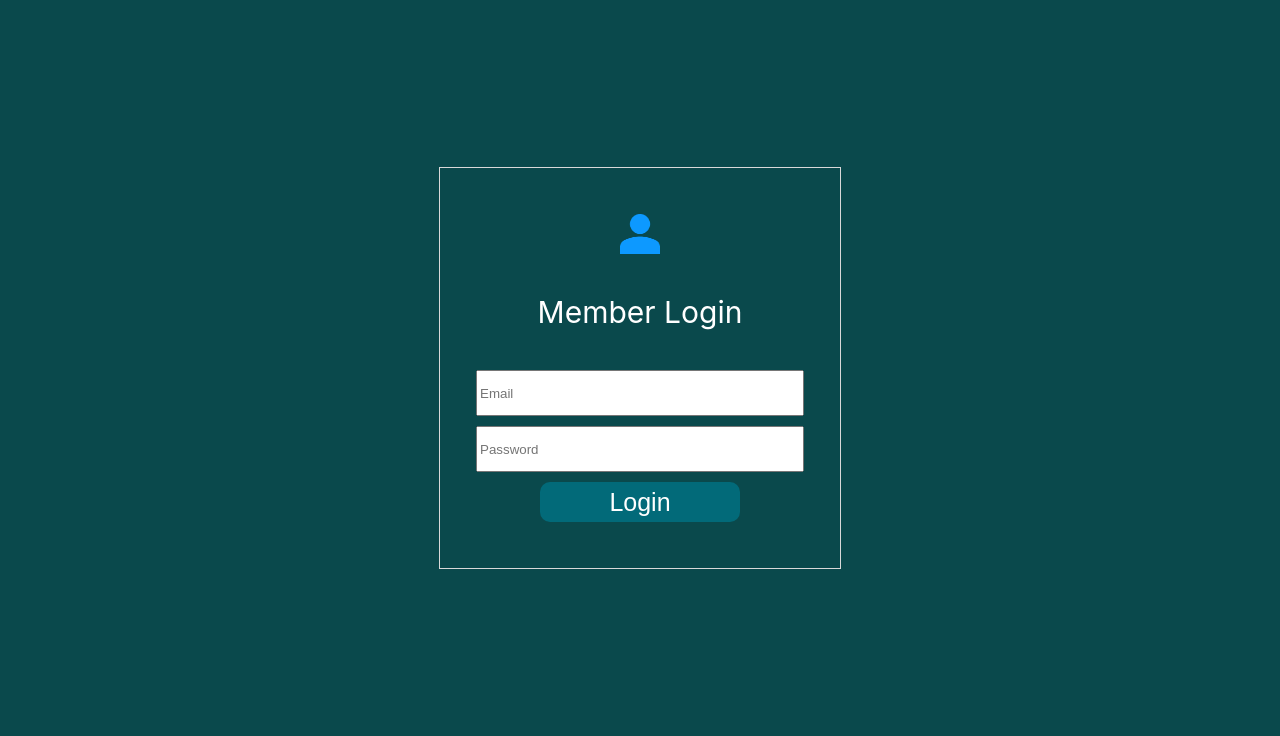
Repository: sheddy1/peter1
Page: work2.html
An editor plug-in stored every save of this project. The page is shown before and after the next save, followed by the edit.
The browser window is 1280 px wide. The pictures show the whole page.

Above is the page before, as saved 2025-11-08 15:52:57.

### work2.html
<!DOCTYPE html>
<html lang="en">
<head>
    <meta charset="UTF-8">
    <meta name="viewport" content="width=device-width, initial-scale=1.0">
    <title>peters work1</title>
    <link rel="stylesheet" href="work2.css">
    <style>

    </style>
</head>
<body>
    <div class="login-box">
        <img src="Vector.png" alt="" class="vector">

        <p class="mem">Member Login</p>

        <input type="text" class="text1" placeholder="Email">

        <input type="password" class="text1" placeholder="Password">

        <button class="btn1">Login</button>
    </div>
</body>
</html>

### work2.css
body {
    background-color: #0A494C;
    display: flex;
    justify-content: center;
    align-items: center;
    min-height: 100vh;
    font-family: inter;
}

.login-box {
    border: 1px solid #D9D9D9;
    width: 400px;
    height: 400px;
    display: flex;
    justify-content: center;
    align-items: center;
    flex-direction: column;
    gap: 10px;
}

.vector{
    height: 40px;
    width: 40px;
}

.mem{
    color: #FFFFFF;
    font-family: inter;
    font-size: 30px;
    ;
}

.text1{
    width: 80%;
    height: 40px;
    color: #1E1E1E;
}

.btn1{
    background-color: #026A79;
    border: none;
    width: 50%;
    height: 40px;
    color: #FFFFFF;
    border-radius: 10px;
    font-size: 25px;
}

After the next save:
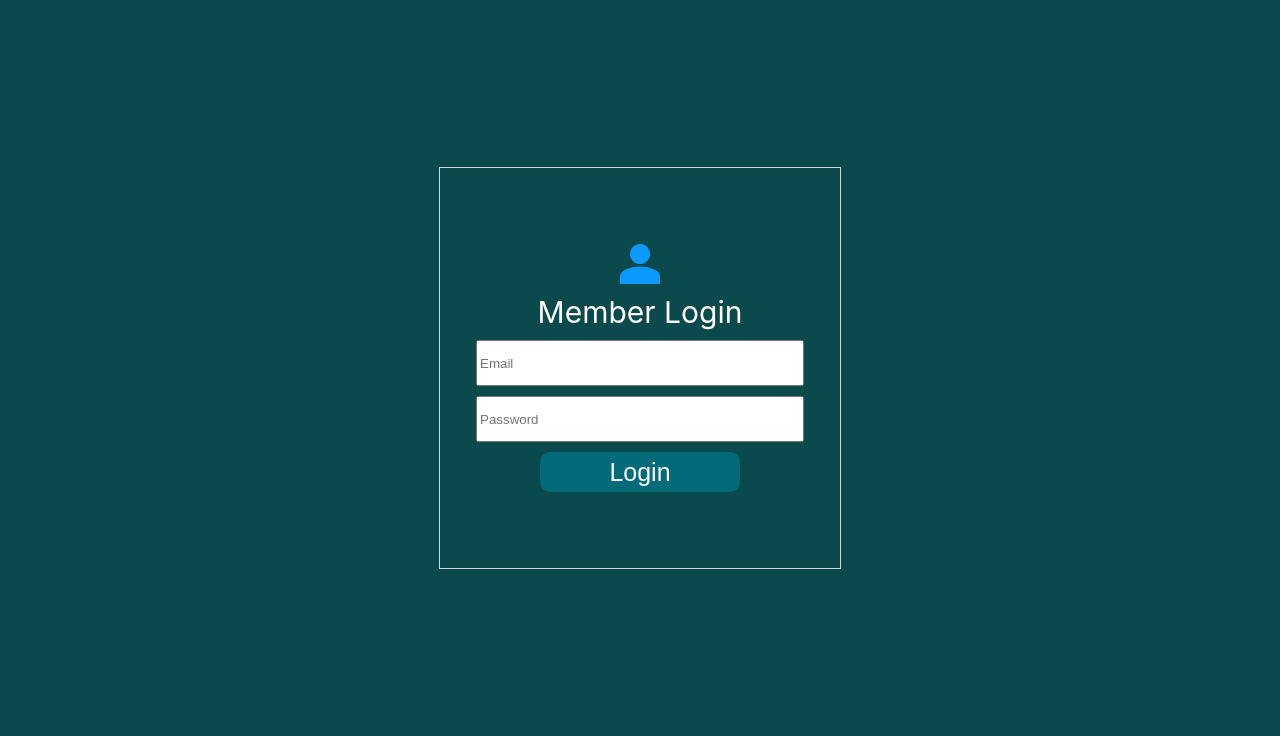
Saved 28 s later.
--- a/work2.html
+++ b/work2.html
@@ -13,7 +13,7 @@
     <div class="login-box">
         <img src="Vector.png" alt="" class="vector">
 
-        <p class="mem">Member Login</p>
+        <text class="mem">Member Login</text>
 
         <input type="text" class="text1" placeholder="Email">
 
